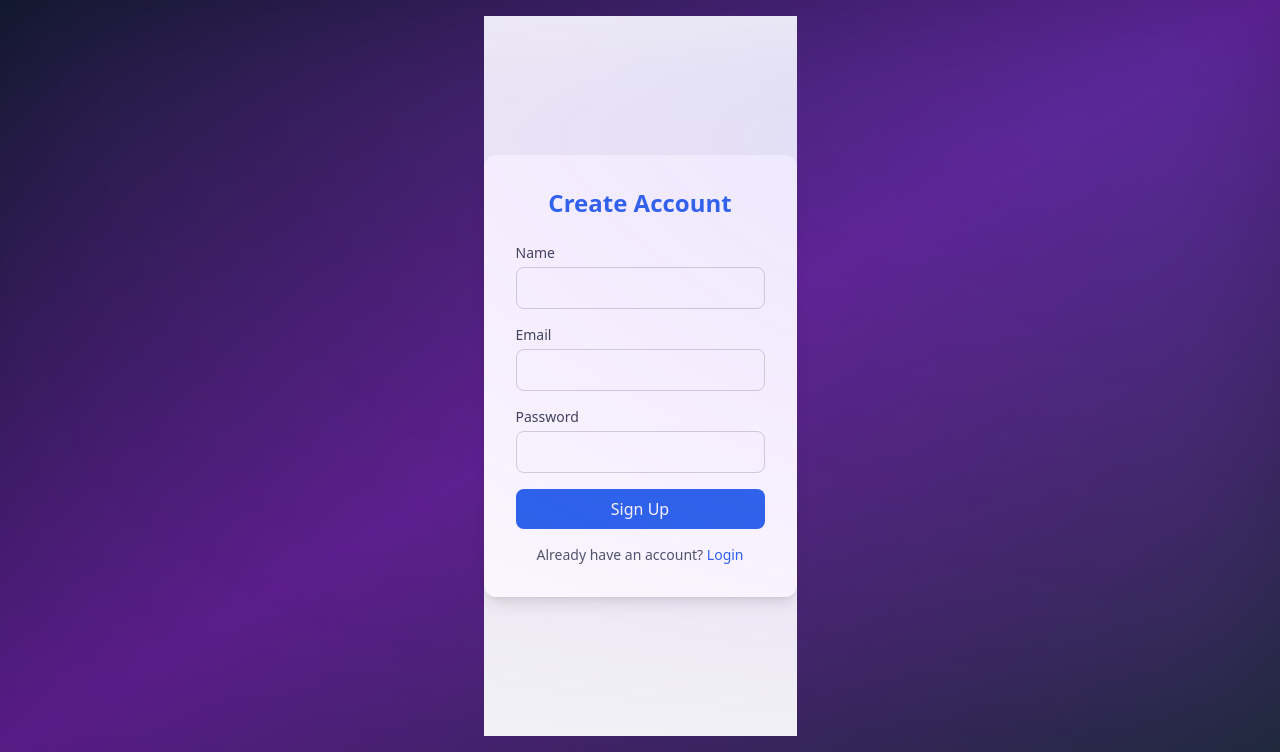
Repository: RahulRajKhadka/chat_appy
Page: /signup (app in Frontend/)
These files come from the project's save history. The page is drawn as it stood at one moment and after the next save; the edit follows.
The browser window is 1280 px wide. The pictures show the whole page.
The page's requests for data from a server got no answer. The project was rebuilt for these pictures with package versions that can differ from the ones it lists, and the page was loaded fresh each time. No one was signed in, and anything a server would have sent is missing. Also part of the build but not shown: Frontend/vite.config.js, Frontend/src/pages/Loginpage.jsx, Frontend/src/pages/Chatpage.jsx.

Above is the page before, as saved 2025-11-02 09:12:28.

After the next save:
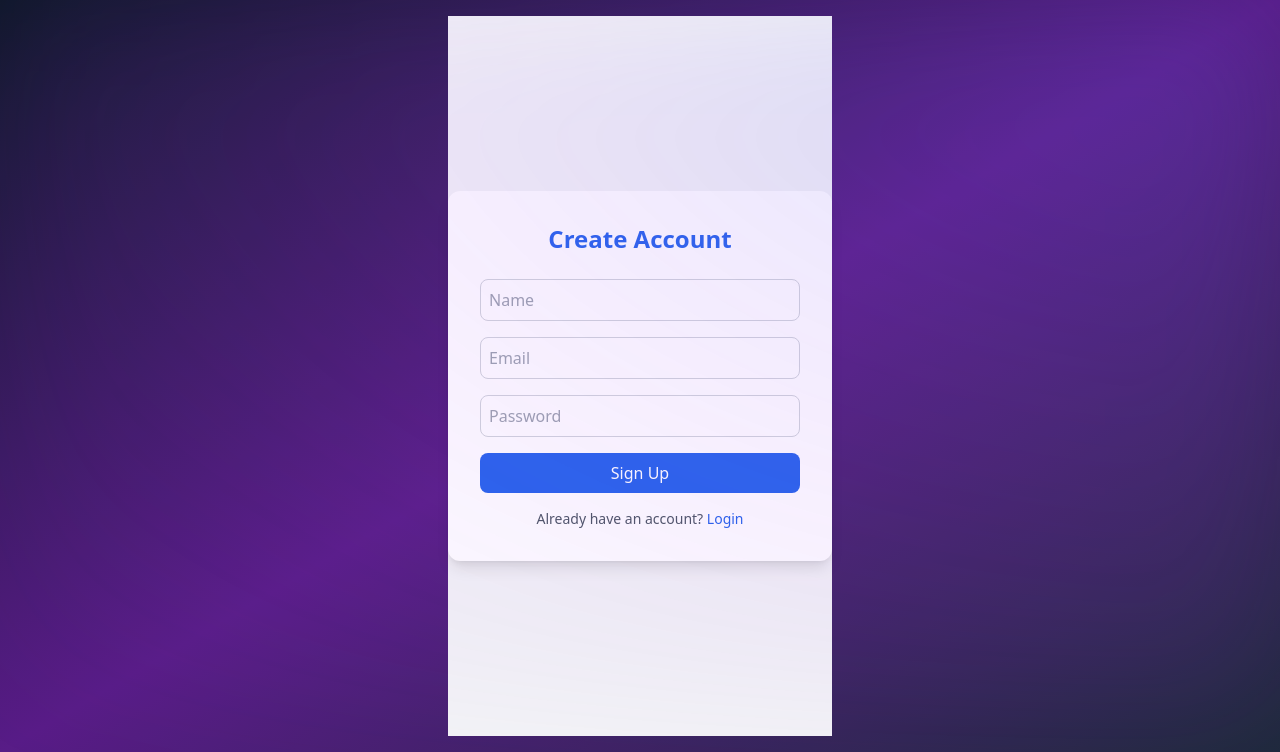
Saved 48 s later.
--- a/Frontend/src/pages/SignUppage.jsx
+++ b/Frontend/src/pages/SignUppage.jsx
@@ -19,61 +19,35 @@ export const SignupPage = () => {
         <h2 className="text-2xl font-bold text-center text-blue-600 mb-6">
           Create Account
         </h2>
-
         <form onSubmit={handleSignup} className="space-y-4">
-          <div>
-            <label className="block text-gray-700 text-sm font-medium">
-              Name
-            </label>
-            <input
-              type="text"
-              className="w-full mt-1 p-2 border border-gray-300 rounded-lg focus:outline-none focus:ring-2 focus:ring-blue-400"
-              value={name}
-              onChange={(e) => setName(e.target.value)}
-              required
-            />
-          </div>
-
-          <div>
-            <label className="block text-gray-700 text-sm font-medium">
-              Email
-            </label>
-            <input
-              type="email"
-              className="w-full mt-1 p-2 border border-gray-300 rounded-lg focus:outline-none focus:ring-2 focus:ring-blue-400"
-              value={email}
-              onChange={(e) => setEmail(e.target.value)}
-              required
-            />
-          </div>
-
-          <div>
-            <label className="block text-gray-700 text-sm font-medium">
-              Password
-            </label>
-            <input
-              type="password"
-              className="w-full mt-1 p-2 border border-gray-300 rounded-lg focus:outline-none focus:ring-2 focus:ring-blue-400"
-              value={password}
-              onChange={(e) => setPassword(e.target.value)}
-              required
-            />
-          </div>
-
-          <button
-            type="submit"
-            className="w-full bg-blue-600 text-white py-2 rounded-lg hover:bg-blue-700 transition"
-          >
+          <input
+            type="text"
+            placeholder="Name"
+            className="w-full p-2 border border-gray-300 rounded-lg focus:ring-2 focus:ring-blue-400"
+            value={name}
+            onChange={(e) => setName(e.target.value)}
+          />
+          <input
+            type="email"
+            placeholder="Email"
+            className="w-full p-2 border border-gray-300 rounded-lg focus:ring-2 focus:ring-blue-400"
+            value={email}
+            onChange={(e) => setEmail(e.target.value)}
+          />
+          <input
+            type="password"
+            placeholder="Password"
+            className="w-full p-2 border border-gray-300 rounded-lg focus:ring-2 focus:ring-blue-400"
+            value={password}
+            onChange={(e) => setPassword(e.target.value)}
+          />
+          <button className="w-full bg-blue-600 text-white py-2 rounded-lg hover:bg-blue-700 transition">
             Sign Up
           </button>
         </form>
-
         <p className="text-sm text-gray-600 mt-4 text-center">
           Already have an account?{" "}
-          <button
-            onClick={() => navigate("/login")}
-            className="text-blue-600 hover:underline"
-          >
+          <button onClick={() => navigate("/login")} className="text-blue-600 hover:underline">
             Login
           </button>
         </p>
@@ -81,5 +55,3 @@ export const SignupPage = () => {
     </div>
   );
 };
-
-export default SignupPage;
